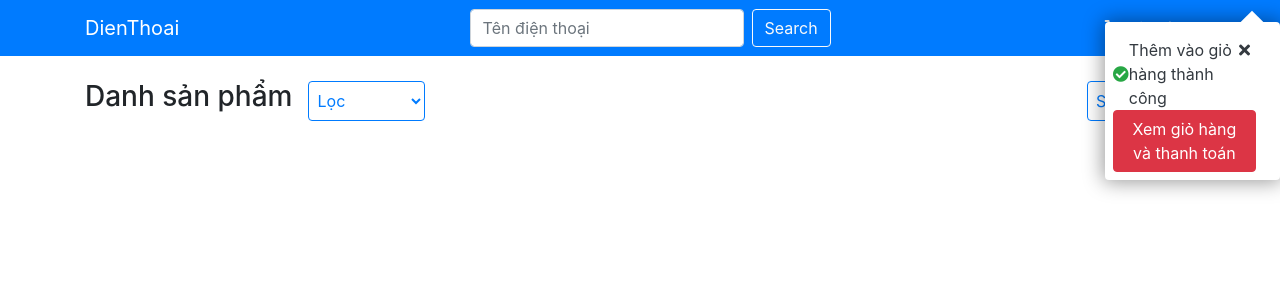
Repository: dovanthao2404/BC14_Bai_Tap_Ban_Dien_Thoai_dovanthao
Page: app/views/index.html
These files come from the project's save history. The page is drawn as it stood at one moment and after the next save; the edit follows.
The browser window is 1280 px wide. The pictures show the whole page.
Some web libraries are served in a nearby version. The style sheet was rebuilt from its Sass, Less or Tailwind sources for each picture, by a compiler version that may differ from the author's.

Above is the page before, as saved 2021-08-14 16:44:47.
Console error (its wording comes from the project's code and is left out).

### app/views/index.html
<!DOCTYPE html>
<html lang="en">

<head>
  <meta charset="UTF-8">
  <meta http-equiv="X-UA-Compatible" content="IE=edge">
  <meta name="viewport" content="width=device-width, initial-scale=1.0">
  <title>Dien Thoai Xin</title>




  <!-- FONT AWESOME -->
  <link rel="stylesheet" href="https://cdnjs.cloudflare.com/ajax/libs/font-awesome/5.15.4/css/all.min.css"
    integrity="sha512-1ycn6IcaQQ40/MKBW2W4Rhis/DbILU74C1vSrLJxCq57o941Ym01SwNsOMqvEBFlcgUa6xLiPY/NS5R+E6ztJQ=="
    crossorigin="anonymous" referrerpolicy="no-referrer" />

  <!-- GOOGLE FONTS -->

  <link rel="preconnect" href="https://fonts.googleapis.com">
  <link rel="preconnect" href="https://fonts.gstatic.com" crossorigin>
  <link
    href="https://fonts.googleapis.com/css2?family=Roboto:ital,wght@0,300;0,400;0,700;1,300;1,400;1,700&display=swap"
    rel="stylesheet">

  <!-- B4 -->
  <link rel="stylesheet" href="https://cdn.jsdelivr.net/npm/bootstrap@4.6.0/dist/css/bootstrap.min.css"
    integrity="sha384-B0vP5xmATw1+K9KRQjQERJvTumQW0nPEzvF6L/Z6nronJ3oUOFUFpCjEUQouq2+l" crossorigin="anonymous">

  <!-- MAIN CSS -->
  <link rel="stylesheet" href="../../assets/css/main.css">
</head>

<body>
  <header class="fixed-top">
    <nav class="navbar navbar-dark bg-primary">
      <div class="container">

        <a href="#" class="navbar-brand">
          DienThoai
        </a>
        <form class="form-inline my-2 my-lg-0">
          <input id="valueSearch" class="form-control mr-sm-2" type="search" placeholder="Tên điện thoại"
            aria-label="Search">
          <button id="btnSearch" class="btn btn-outline-light my-2 my-sm-0" type="button">Search</button>
        </form>
        <div class="phone-cart">
          <a href="cart.html" class="text-light position-relative">
            <i class="fa fa-cart-plus"></i> Giỏ hàng


            <div class="notifiSuccess pb-2 pt-3 pl-2 pr-4 bg-white rounded">
              <i class="fa fa-times icon-close text-dark"></i>
              <div class="d-flex align-items-center">
                <i class="fa fa-check-circle text-success"></i>
                <p class="text-dark m-0">Thêm vào giỏ hàng thành công</p>
              </div>
              <a href="cart.html" class="btn btn-danger w-100 d-block">Xem giỏ hàng và thanh toán</a>

            </div>
          </a>

        </div>
      </div>
    </nav>

  </header>

  <section class="phone-product">
    <div class="container">
      <div id="listAll-type">
        <div class="phone-title">
          <div class="d-flex justify-content-between align-items-center my-3">
            <div class="d-flex align-items-center">
              <h3 class="mr-3">
                Danh sản phẩm
              </h3>
              <div>
                <select class="phone-select" name="" id="phoneType">
                  <option value="">Lọc</option>
                  <option value="Samsung">Samsung</option>
                  <option value="Iphone">Iphone</option>
                </select>

              </div>
            </div>
            <div class="sort-name">
              <select class="phone-select" name="" id="sortPhone">
                <option value="">Sắp xếp</option>
                <option value="a">A - Z</option>
                <option value="z">Z - A</option>
              </select>
            </div>
          </div>
        </div>
        <div class="phone-list">
          <div class="row" id="listPhoneView">

          </div>
        </div>
      </div>
    </div>
    </div>
  </section>


  <!-- B4 -->
  <script src="https://code.jquery.com/jquery-3.5.1.slim.min.js"
    integrity="sha384-DfXdz2htPH0lsSSs5nCTpuj/zy4C+OGpamoFVy38MVBnE+IbbVYUew+OrCXaRkfj"
    crossorigin="anonymous"></script>
  <script src="https://cdn.jsdelivr.net/npm/bootstrap@4.6.0/dist/js/bootstrap.bundle.min.js"
    integrity="sha384-Piv4xVNRyMGpqkS2by6br4gNJ7DXjqk09RmUpJ8jgGtD7zP9yug3goQfGII0yAns"
    crossorigin="anonymous"></script>


  <!-- AXIOS -->
  <script src="https://cdnjs.cloudflare.com/ajax/libs/axios/0.21.1/axios.min.js"
    integrity="sha512-bZS47S7sPOxkjU/4Bt0zrhEtWx0y0CRkhEp8IckzK+ltifIIE9EMIMTuT/mEzoIMewUINruDBIR/jJnbguonqQ=="
    crossorigin="anonymous" referrerpolicy="no-referrer"></script>

  <script type="module" src="./../controllers/main.js"></script>
</body>

</html>

### app/controllers/main.js
import Phone from "./../models/Phone.js"
import ListPhone from "./../models/ListPhone.js"


var listProductInCart = JSON.parse(localStorage.getItem("listProductInCart")) || [];



let getEle = (id) => {
  return document.getElementById(id)
}

let listPhone = new ListPhone();


let renderView = (arr) => {
  let html = ""
  arr.forEach((phone) => {
    html += `
    <div class="col-3 mb-3">
    <div class="card overflow-hidden h-100">
      <img
        src="${phone.img}"
        alt="" class="card-img-top">
      <div class="card-body">
        <h4 class=card-title>
        ${phone.name}
        </h4>
        <p class="card-text">${phone.desc}</p>
        </div>
        <div class="card-footer">
        <a data-action="add"  data-phone=${phone.id} class="btn btn-primary w-100">Cart</a>
        </div>
    </div>
  </div>
    `
  })
  getEle("listPhoneView").innerHTML = html

}

let fetchData = () => {
  listPhone
    .getListPhoneApi()
    .then((resp) => {
      renderView(resp.data)
    })
    .catch((err) => {
      console.log(err)
    })
}

fetchData()

let filterType = (phoneType, type) => {
  return listPhone
    .getListPhoneApi()
    .then((resp) => {
      let data = resp.data;
      data.forEach((phone) => {
        if (phone.type === type) {
          phoneType.push(phone);
        }
      })
      renderView(phoneType)
      return phoneType;
    })
    .catch((err) => {
      console.log(err)
    })
}

let sortPhone = (arr, valueSort) => {
  for (let i = 0; i < arr.length; i++) {
    for (let j = i; j < arr.length; j++) {
      if (valueSort === 1) {
        if (arr[i].name < arr[j].name) {
          let temp = arr[i];
          arr[i] = arr[j]
          arr[j] = temp;
        }
      } else {
        if (arr[i].name > arr[j].name) {
          let temp = arr[i];
          arr[i] = arr[j]
          arr[j] = temp;
        }
      }
    }
  }
  renderView(arr)
}


let delegationSelect = () => {
  let phoneType = [];
  let type = getEle("phoneType").value;
  let dataSort = getEle("sortPhone").value;

  if (type && dataSort) {

    if (dataSort === "a") {
      filterType(phoneType, type)
        .then((phoneType) => {
          sortPhone(phoneType, 1);
        })
    } else {
      filterType(phoneType, type)
        .then((phoneType) => {
          sortPhone(phoneType, 0);
        })
    }

  } else if (type && !dataSort) {

    filterType(phoneType, type);

  } else if (!type && dataSort) {

    if (dataSort === "a") {
      listPhone.getListPhoneApi()
        .then((resp) => {
          sortPhone(resp.data, 1);
        })
        .catch((err) => {
          console.log(err);
        })
    } else {
      listPhone.getListPhoneApi()
        .then((resp) => {
          sortPhone(resp.data, 0);
        })
        .catch((err) => {
          console.log(err);
        })
    }

  } else {
    fetchData()
  }
}

getEle("phoneType").addEventListener("change", delegationSelect)
getEle("sortPhone").addEventListener("change", delegationSelect)

const handleSearch = () => {
  let nameSort = getEle("valueSearch").value;
  nameSort = nameSort.toLowerCase().trim();
  listPhone.getListPhoneApi()
    .then((resp) => {
      let listPhone = resp.data;
      let listPhoneSearch = listPhone.filter((phone) => {
        return phone.name.toLowerCase().includes(nameSort);
      })
      renderView(listPhoneSearch);
    })
    .catch((err) => {
      console.log(err)
    })

}

getEle("btnSearch").addEventListener("click", handleSearch);




const delegationListPhoneView = (e) => {
  if (e.target.getAttribute("data-action") === "add") {
    let id = e.target.getAttribute("data-phone");

    listPhone.getPhoneById(id)
      .then((resp) => {
        let count = 0;
        for (let i = 0; i < listProductInCart.length; i++) {

          if (listProductInCart[i].id === id) {
            listProductInCart[i].quantity += 1;
            localStorage.setItem("listProductInCart", JSON.stringify(listProductInCart));
            count++;
          }

        }

        if (count === 0) {
          let phone = { ...resp.data }
          phone.quantity = 1;
          listProductInCart.push(phone);
          localStorage.setItem("listProductInCart", JSON.stringify(listProductInCart));

        }
      })
      .catch((err) => {
        console.log(err)
      })


  }
}


getEle("listPhoneView").addEventListener("click", delegationListPhoneView)

### app/models/Phone.js
class Phone {
  constructor({
    name,
    price,
    screen,
    backCamera,
    frontCamera,
    img,
    desc,
    type
  },) {
    this.name = name;
    this.price = price;
    this.screen = screen;
    this.backCamera = backCamera;
    this.frontCamera = frontCamera;
    this.img = img;
    this.desc = desc;
    this.type = type;
  }

}

### app/models/ListPhone.js
export default class ListPhone {
  getListPhoneApi() {
    return axios({
      url: "https://6113ecdacba40600170c1d10.mockapi.io/api/phone",
      method: "GET",
    });
  }

  getPhoneById(id) {
    return axios({
      url: `https://6113ecdacba40600170c1d10.mockapi.io/api/phone/${id}`,
      method: "GET",
    });
  }

}

//  MỚi ăn xong

### assets/scss/main.scss
.phone-product {
  margin-top: 80px;
}
.phone-select {
  padding: 8px 20px 8px 4px;
  border-color: #007bff;
  color: #007bff;
  border-radius: 4px;
  background: transparent;
  outline: none;
  cursor: pointer;
  transition: all 0.5s;
  &:hover {
    background-color: #007bff;
    color: white;
  }
  option {
    display: block;
    background-color: white;
    color: #000;
  }
}
.notifiSuccess {
  position: absolute;
  top: 40%;
  box-shadow: 0 0 20px 2px rgba(0, 0, 0, 0.4);
  &:before {
    content: "";
    position: absolute;
    display: block;
    width: 16px;
    height: 16px;
    background-color: #fff;
    transform: rotate(45deg);
    top: -8px;
    right: 20px;
  }

  .icon-close {
    position: absolute;
    right: 6px;
    top: 4px;
    cursor: pointer;
  }
}

After the next save:
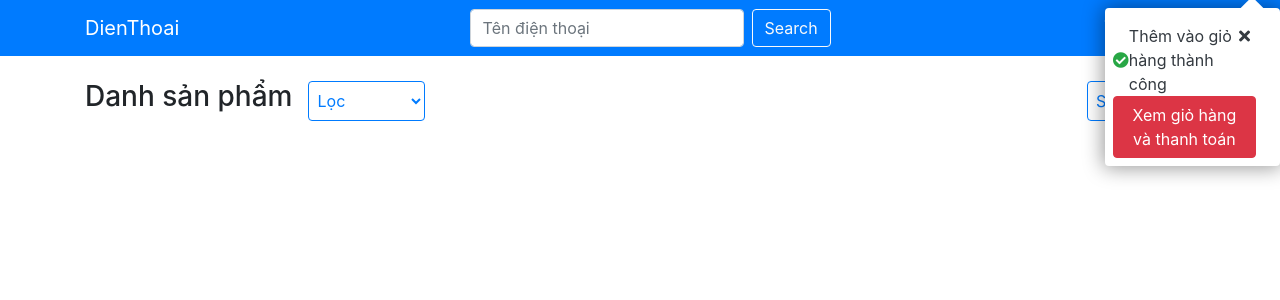
Saved 6 s later.
--- a/assets/scss/main.scss
+++ b/assets/scss/main.scss
@@ -22,7 +22,7 @@
 }
 .notifiSuccess {
   position: absolute;
-  top: 40%;
+  top: 8px;
   box-shadow: 0 0 20px 2px rgba(0, 0, 0, 0.4);
   &:before {
     content: "";
